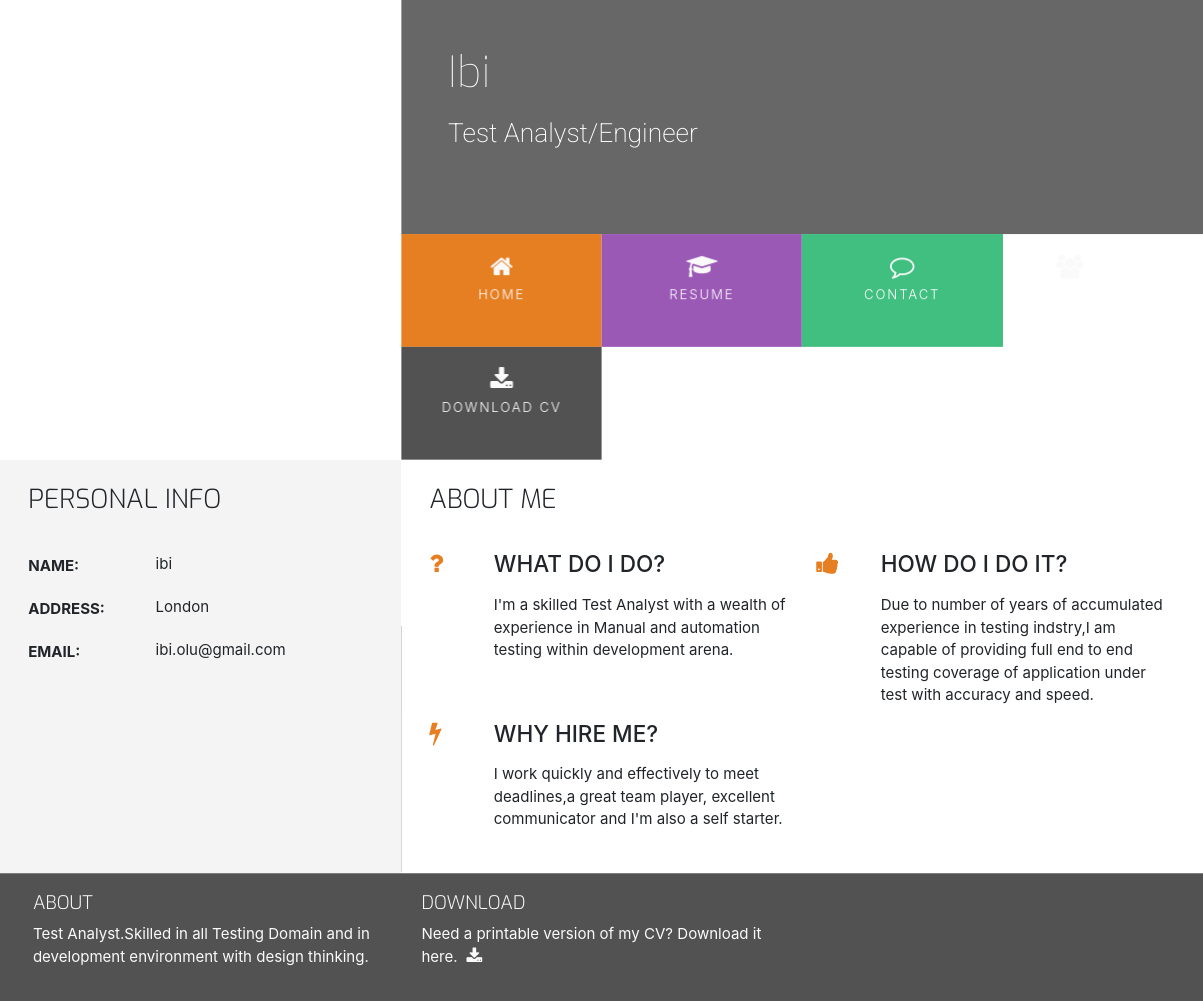
Repository: daat2/ccvitae
Page: index.html
The author's editor kept a record of every edit. The page is drawn from the files as they stood at one moment, then again after the next edit.
The browser window is 1280 px wide. The pictures show the whole page, at 94% of full size.
Some web libraries are served in a nearby version.

Above is the page before.

### index.html
<!DOCTYPE html>
	<html lang="en">
	<head>
	    <meta charset="UTF-8">
	    <meta name="viewport" content="width=device-width, initial-scale=1.0">
	    <meta http-equiv="X-UA-Compatible" content="ie=edge">
	    <link rel="stylesheet" href="https://maxcdn.bootstrapcdn.com/bootstrap/4.2.1/css/bootstrap.min.css" type="text/css" />
	    <link rel="stylesheet" href="https://maxcdn.bootstrapcdn.com/font-awesome/4.7.0/css/font-awesome.min.css" type="text/css" />
	    <link rel="stylesheet" href="https://cdnjs.cloudflare.com/ajax/libs/hover.css/2.1.1/css/hover-min.css" type="text/css" />
	    <link rel="stylesheet" href="assets/css/style.css" type ="text/css"/>
	    <title>ibi</title>
	</head>
	<body>
	    <header>
	        <div class="row no-gutters">
	            <a class="col-md-4 logo" href="02-index.html"></a>
	            <div class="col-md-8">
	                <div class="row no-gutters bg-color-name-title">
	                    <div class="col heading">
	                        <h1 class="name">Ibi </h1>
	                        <h2 class="title"> Test Analyst/Engineer</h2>
	                    </div>
	                </div>
	                <div class="row no-gutters">
	                    <div class="col">
	                        <ul id="nav" class="list-inline menucontainer">
	                            <li class="col-6 col-sm-3 list-inline-item ui-menu-color-home menuitem">
	                                <a href="index.html" class="hvr-sweep-to-bottom"><i class="fa fa-home" aria-hidden="true"></i><span>Home</span></a>
	                            </li>
	                            <li class="col-6 col-sm-3 list-inline-item ui-menu-color-resume menuitem">
	                                <a href="resume.html" class="hvr-sweep-to-bottom"><i class="fa fa-graduation-cap" aria-hidden="true"></i><span>Resume</span></a>
	                            </li>
	                            <li class="col-6 col-sm-3 list-inline-item ui-menu-color-contact menuitem">
	                                <a href="contact.html" class="hvr-sweep-to-bottom"><i class="fa fa-comment-o" aria-hidden="true"></i><span>Contact</span></a>
	                            </li>
	                            <li class="col-6 col-sm-2 ui-menu-color-interests list-inline-item menuitem">
                                <a href="interests.html" class="hvr-sweep-to-bottom"><i class="fa fa-users" aria-hidden="true"></i><span>Interests</span></a>
                            </li>
	                            <li class="col-6 col-sm-3 list-inline-item ui-menu-color-download menuitem">
	                                <a href="assets/cv/cv-current.pdf" target="_blank" class="hvr-sweep-to-bottom"><i class="fa fa-download" aria-hidden="true"></i><span>Download CV</span></a>
	                            </li>
	                        </ul>
	                    </div>
	                </div>
	            </div>
	        </div>
	    </header>
	    <section class="container-fluid">
	        <div class="row">
	            <div class="col-md-4 bg-color-personal-info section-column">
	                <div class="row">
	                    <div class="col-12">
	                        <h3 class="section-heading uppercase">
	                            Personal Info
	                        </h3>
	                    </div>
	                </div>
	                <div class="personal-info-item">
	                    <div class="key">
	                        <p class="uppercase">
	                            Name:
	                        </p>
	                    </div>
	                    <div class="value">
	                        <p>
	                            ibi
	                        </p>
	                    </div>
	                </div>
	                <div class="personal-info-item">
	                    <div class="key">
	                        <p class="uppercase">
	                            Address:
	                        </p>
	                    </div>
	                    <div class="value">
	                        <p>
	                            London
	                        </p>
	                    </div>
	                </div>
	                <!--<div class="personal-info-item">-->
	                <!--    <div class="key">-->
	                <!--        <p class="uppercase">-->
	                <!--            Phone:-->
	                <!--        </p>-->
	                <!--    </div>-->
	                <!--    <div class="value">-->
	                <!--        <p>-->
	                <!--            +447985209886-->
	                <!--        </p>-->
	                <!--    </div>-->
	                <!--</div>-->
	                <div class="personal-info-item">
	                    <div class="key">
	                        <p class="uppercase">
	                            Email:
	                        </p>
	                    </div>
	                    <div class="value">
	                        <p>
	                            ibi.olu@gmail.com
	                        </p>
	                    </div>
	                </div>
	            </div>
	            <div class="col-md-8 bg-color-three-reasons section-column">
	                <div class="row">
	                    <div class="col">
	                        <h3 class="section-heading uppercase">About Me</h3>
	                    </div>
	                </div>
	                <div class="row">
	                    <div class="col-10 offset-1 offset-sm-0 col-sm-4 col-md-6">
	                        <div class="row">
	                            <div class="col-2">
	                                <i class="three-reasons-icon fa fa-question" aria-hidden="true"></i>
	                            </div>
	                            <div class="col-10">
	                                <h4 class="three-reasons-heading uppercase">What do I do?</h4>
	                                <p>
	                                    I'm a skilled Test Analyst with a wealth of experience in Manual and automation testing within development arena.
	                                </p>
	                            </div>
	                        </div>
	                    </div>
	                    <div class="col-10 offset-1 offset-sm-0 col-sm-4 col-md-6">
	                        <div class="row">
	                            <div class="col-2">
	                                <i class="three-reasons-icon fa fa-thumbs-up" aria-hidden="true"></i>
	                            </div>
	                            <div class="col-10">
	                                <h4 class="three-reasons-heading uppercase">How do I do it?</h4>
	                                <p>
	                                    Due to number of years of accumulated experience in testing indstry,I am capable of providing full end to end testing coverage of application under test with accuracy and speed.
	                                </p>
	                            </div>
	                        </div>
	                    </div>
	                    <div class="col-10 offset-1 offset-sm-0 col-sm-4 col-md-6">
	                        <div class="row">
	                            <div class="col-2">
	                                <i class="three-reasons-icon fa fa-bolt" aria-hidden="true"></i>
	                            </div>
	                            <div class="col-10">
	                                <h4 class="three-reasons-heading uppercase">Why hire me?</h4>
	                                <p>
	                                    I work quickly and effectively to meet deadlines,a great team player, excellent communicator and I'm also a self starter.
	                                </p>
	                            </div>
	                        </div>
	                    </div>
	                </div>
	            </div>
	        </div>

	    </section>
	    <footer class="container-fluid">
	        <div id="footer-details" class="row">
	            <div class="col-sm-4">
	                <h5 class="uppercase general-sub">About</h5>
	                <p class="inline-block">
	                    Test Analyst.Skilled in all Testing Domain and in development environment with design thinking.
	                </p>
	            </div>
	            <div class="col-sm-4">
	                <h5 class="uppercase general-sub">Download</h5>
	                <p class="inline-block">
	                    Need a printable version of my CV? Download it here.
	                    <a href="assets/cv/cv-current.pdf" target="_blank" class="cv-pdf">
	                        <i class="fa fa-download" aria-hidden="true"></i>
	                        <span class="sr-only">Download link.</span>
	                    </a>
	                </p>
	            </div>

	            </div>
	        </div>
	    </footer>
	</body>
	</html>

### assets/css/style.css
@import url('https://fonts.googleapis.com/css?family=Roboto:100,200,300,400,500,600,700|Exo:100,200,300,400,500,600,700');

/*--------------------------------------------Colors*/

.bg-color-name-title {
    background-color: #676767;
}

.bg-color-three-reasons {
    background-color: #fff;
}

.bg-color-personal-info {
    background-color: #f4f4f4;
}

.bg-color-work-history {
    background-color: #9b59b6;
}

.bg-color-contact {
    background-color: #fff;
}

.ui-menu-color-home {
    background-color: #e67e22;
}

.ui-menu-color-resume {
    background-color: #9b59b6;
}

.ui-menu-color-contact {
    background-color: #40bf80;
}

.ui-menu-color-download {
    background-color: #525252;
}

.row-table {
    display: table;
}

.section-column {
    display: table-cell;
    padding: 0 30px 30px;
    float: none;
}

.section-heading {
    font-family: "Exo", sans-serif;
    font-weight: 300;
    margin-top: 25px;
    margin-bottom: 40px;
}

/* ----------------------------------------Special paddings/margins/text */

h1,
h2,
h3,
h4 {
    margin: 0;
}

.uppercase {
    text-transform: uppercase;
}

.general-sub {
    font-family: "Exo", sans-serif;
    font-weight: 300;
    color: #fafafa;
}

.inline-block {
    display: inline-block;
}

.row-table {
    display: table;
}

.section-column {
    display: table-cell;
    padding: 0 30px 30px;
    float: none;
}

/*.history-heading,*/
/*.section-heading {*/
/*    font-family: "Exo", sans-serif;*/
/*    font-weight: 300;*/
/*    margin-top: 25px;*/
/*    margin-bottom: 40px;*/
/*}*/

/*--------------------------------------------Heading*/

header {
    margin: 0;
}

.heading {
    margin-left: 50px;
}

/*.logo {*/
/*    background: url("../assets/ib.jpg");*/
/*    background-position: center;*/
/*    background-repeat: no-repeat;*/
/*    background-size: cover;*/
/*    min-height: 360px;*/
/*    transition: all .5s ease-in-out;*/
/*    -moz-transition: all .5s ease-in-out;*/
/*    -webkit-transition: all .5s ease-in-out;*/
/*}*/

.name {
    font-family: "Exo", sans-serif;
    font-weight: 100;
    font-size: 46px;
    margin-top: 50px;
    color: #fff;
}

.title {
    font-family: "Roboto", sans-serif;
    font-weight: 200;
    font-size: 28px;
    margin-top: 20px;
    margin-bottom: 90px;
    color: #fff;
}

.list-inline-item:not(:last-child) {
    margin: 0;
}

.menucontainer {
    font-size: 0;
}

#nav li {
    font-size: 14px;
    padding: 0;
}

#nav {
    margin: 0;
}

.menuitem {
    height: 120px;
    text-align: center;
    padding: 0;
}

.menuitem a {
    width: 100%;
    text-decoration: none;
    color: #fff;
    height: 120px;
}

.menuitem a i {
    padding-top: 22px;
    display: block;
    color: #fafafa;
    font-size: 26px;
}

.menuitem span {
    display: block;
    width: 100%;
    padding-top: 5px;
    text-align: center;
    text-transform: uppercase;
    font-size: 14px;
    font-weight: 300;
    letter-spacing: 2px;
}

/*--------------------------------------------Hover.css*/

.hvr-sweep-to-bottom:before {
    background: rgba(0, 0, 0, 0.2);
    height: 120px;
}

/* ----------------------------------------Footer */

footer {
    background-color: #525252;
    color: #fafafa;
    min-height: 120px;
    margin: 0;
}

.cv-pdf i {
    font-size: 18px;
    color: #fafafa;
    text-align: center;
    padding-left: 5px;
    transition: all 0.35s ease-in-out;
    -moz-transition: all 0.35s ease-in-out;
    -webkit-transition: all 0.35s ease-in-out;
    -o-transition: all 0.35s ease-in-out;
}

.cv-pdf i:hover {
    color: #e84610;
}

.social-links {
    padding-bottom: 15px;
}



.social-links li a i:hover {
    background: #e84610;
}

#footer-details {
    padding: 20px;
}

/* ----------------------------------------Three Reasons */

.three-reasons-icon {
    font-size: 26px;
    color: #e67e22;
}

.three-reasons-heading {
    margin-bottom: 15px;
}

/* ----------------------------------------Personal Info */

.personal-info-item {
    margin-bottom: 20px;
    display: block;
    clear: both;
}

.personal-info-item .key,
.personal-info-item .value {
    padding-right: 8px;
    display: inline-block;
}

.personal-info-item .key p,
.personal-info-item .value p {
    margin: 0;
}

.personal-info-item .key {
    width: 30%;
    margin-right: 21px;
    padding-top: 2px;
    vertical-align: top;
}

.personal-info-item .key p {
    font-weight: 700;
}

.personal-info-item .value {
    position: relative;
    width: 60%;
}

/* ----------------------------------------Skills */

.progress {
    position: relative;
    height: 25px;
    margin-bottom: 4px;
}

.progress-type {
    position: absolute;
    left: 0px;
    font-weight: 400;
    padding: 3px 30px 2px 10px;
    color: #fafafa;
    background-color: rgba(25, 25, 25, 0.2);
}

.progress-section {
    margin: 40px 20px;
}

/* ----------------------------------------Work History */

.history-heading {
    color: #fafafa;
    margin-bottom: 50px;
}

.timeline-item {
    padding: 4em 2em 0em 2em;
    position: relative;
    color: #fafafa;
    border-left: 1px solid;
}

.timeline-item p {
    padding: 0;
    margin: 0;
}

.timeline-item:before {
    content: attr(data-dates);
    position: absolute;
    left: 2.5em;
    top: 3em;
    display: block;
    font-family: "Exo", sans-serif;
    font-weight: 500;
    font-size: 0.8em;
    padding: 0;
    margin: 0;
}

.timeline-item:after {
    width: 12px;
    height: 12px;
    display: block;
    top: 2.4em;
    position: absolute;
    left: -6px;
    border-radius: 12px;
    content: '';
    background: #fafafa;
}

.history-items {
    margin-bottom: 30px;
}

/* ----------------------------------------Contact Form */

.contact-heading {
    font-family: "Exo", sans-serif;
    font-weight: 300;
    margin-top: 25px;
    margin-bottom: 20px;
}

.center-form {
    padding-top: 10px;
    margin: 0 auto;
    max-width: 70%;
}

button[type="submit"] {
    margin-top: 15px;
    margin-bottom: 20px;
    color: #fafafa;
    background-color: #e84610;
}

/* ----------------------------------------Media Queries */

@media(min-width: 992px) {
    .center-form {
        padding-top: 30px;
        min-height: 240px;
        margin: 0 auto;
        max-width: 50%;
    }
}

After the next edit:
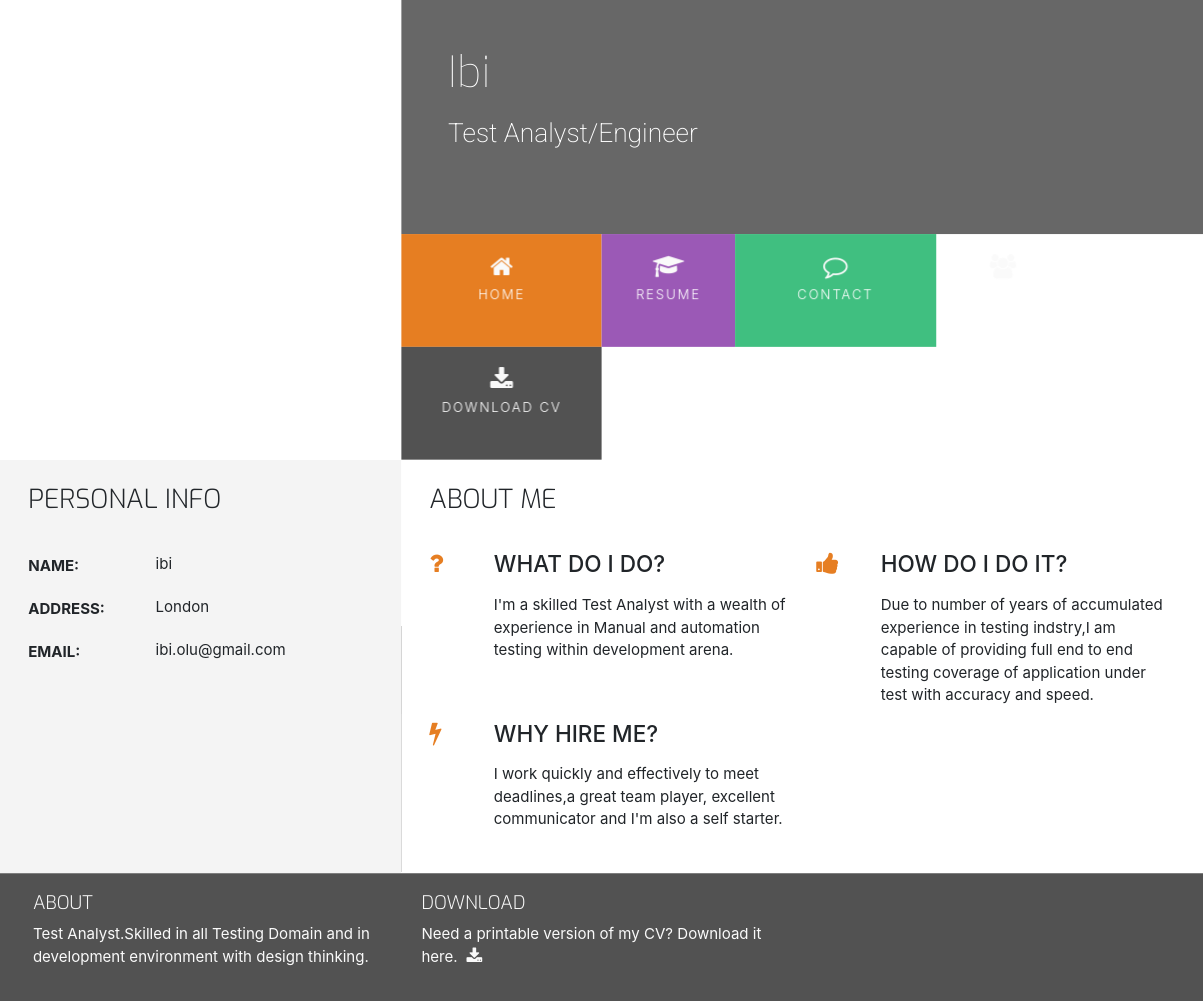
The edit:
--- a/index.html
+++ b/index.html
@@ -27,7 +27,7 @@
 	                            <li class="col-6 col-sm-3 list-inline-item ui-menu-color-home menuitem">
 	                                <a href="index.html" class="hvr-sweep-to-bottom"><i class="fa fa-home" aria-hidden="true"></i><span>Home</span></a>
 	                            </li>
-	                            <li class="col-6 col-sm-3 list-inline-item ui-menu-color-resume menuitem">
+	                            <li class="col-6 col-sm-2 list-inline-item ui-menu-color-resume menuitem">
 	                                <a href="resume.html" class="hvr-sweep-to-bottom"><i class="fa fa-graduation-cap" aria-hidden="true"></i><span>Resume</span></a>
 	                            </li>
 	                            <li class="col-6 col-sm-3 list-inline-item ui-menu-color-contact menuitem">
